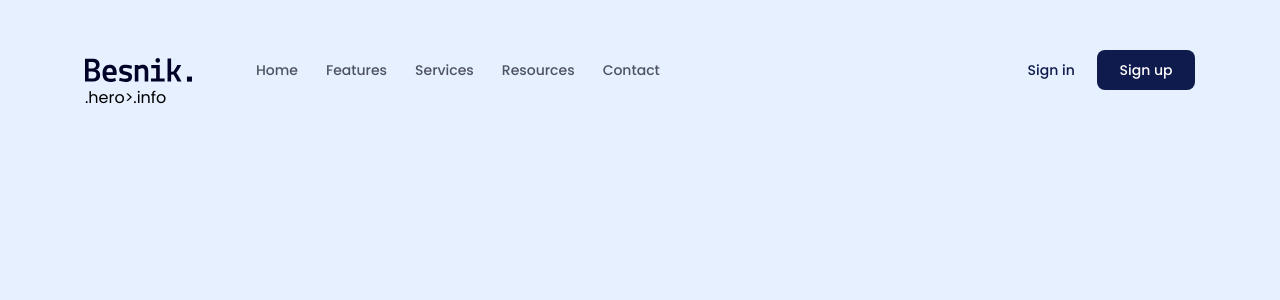
Repository: trungnguyen131/froject-01
Page: index.html
The author's editor kept a copy of each file at every save. The page is drawn from the files as they stood at one save, then again after a run of saves.
The browser window is 1280 px wide. The pictures show the whole page.

Above is the page before, as saved 2024-02-24 12:37:23.

### index.html
<!DOCTYPE html>
<html lang="en">
<head>
    <meta charset="UTF-8">
    <meta name="viewport" content="width=device-width, initial-scale=1.0">
    <title>Project 01</title>
    <link rel="stylesheet" href="./assets/css/reset.css">
    <link rel="stylesheet" href="./assets/fonts/stylesheet.css">
    <link rel="stylesheet" href="./assets/css/style.css">
</head>
<body>
    <main>
        <!-- Header -->
        <header class="header">
            <div class="content">
                <nav class="navbar">
                    <!-- Logo -->
                    <img src="./assets/img/logo.svg" alt="Besnik.">
                    <!-- Navigation -->
                    <ul>
                        <li><a href="#!">Home</a></li>
                        <li><a href="#!">Features</a></li>
                        <li><a href="#!">Services</a></li>
                        <li><a href="#!">Resources</a></li>
                        <li><a href="#!">Contact</a></li>
                    </ul>
                    <!-- Action -->
                    <div class="actions">
                        <a href="#!" class="action-link">Sign in</a>
                        <a href="#!" class="btn action-btn">Sign up</a>
                    </div>
                </nav>
                .hero>.info
            </div>
        </header>
    </main>
</body>
</html>

### assets/fonts/stylesheet.css
/* ========================= Poppins =========================  */
@font-face {
    font-family: 'Poppins';
    src: url('Poppins/Poppins-SemiBold.woff2') format('woff2'),
        url('Poppins/Poppins-SemiBold.woff') format('woff');
    font-weight: 600;
    font-style: normal;
    font-display: swap;
}

@font-face {
    font-family: 'Poppins';
    src: url('Poppins/Poppins-Regular.woff2') format('woff2'),
        url('Poppins/Poppins-Regular.woff') format('woff');
    font-weight: normal;
    font-style: normal;
    font-display: swap;
}

@font-face {
    font-family: 'Poppins';
    src: url('Poppins/Poppins-MediumItalic.woff2') format('woff2'),
        url('Poppins/Poppins-MediumItalic.woff') format('woff');
    font-weight: 500;
    font-style: italic;
    font-display: swap;
}

@font-face {
    font-family: 'Poppins';
    src: url('Poppins/Poppins-Thin.woff2') format('woff2'),
        url('Poppins/Poppins-Thin.woff') format('woff');
    font-weight: 100;
    font-style: normal;
    font-display: swap;
}

@font-face {
    font-family: 'Poppins';
    src: url('Poppins/Poppins-ThinItalic.woff2') format('woff2'),
        url('Poppins/Poppins-ThinItalic.woff') format('woff');
    font-weight: 100;
    font-style: italic;
    font-display: swap;
}

@font-face {
    font-family: 'Poppins';
    src: url('Poppins/Poppins-Black.woff2') format('woff2'),
        url('Poppins/Poppins-Black.woff') format('woff');
    font-weight: 900;
    font-style: normal;
    font-display: swap;
}

@font-face {
    font-family: 'Poppins';
    src: url('Poppins/Poppins-Bold.woff2') format('woff2'),
        url('Poppins/Poppins-Bold.woff') format('woff');
    font-weight: bold;
    font-style: normal;
    font-display: swap;
}

@font-face {
    font-family: 'Poppins';
    src: url('Poppins/Poppins-SemiBoldItalic.woff2') format('woff2'),
        url('Poppins/Poppins-SemiBoldItalic.woff') format('woff');
    font-weight: 600;
    font-style: italic;
    font-display: swap;
}

@font-face {
    font-family: 'Poppins';
    src: url('Poppins/Poppins-BlackItalic.woff2') format('woff2'),
        url('Poppins/Poppins-BlackItalic.woff') format('woff');
    font-weight: 900;
    font-style: italic;
    font-display: swap;
}

@font-face {
    font-family: 'Poppins';
    src: url('Poppins/Poppins-ExtraBoldItalic.woff2') format('woff2'),
        url('Poppins/Poppins-ExtraBoldItalic.woff') format('woff');
    font-weight: bold;
    font-style: italic;
    font-display: swap;
}

@font-face {
    font-family: 'Poppins';
    src: url('Poppins/Poppins-ExtraBold.woff2') format('woff2'),
        url('Poppins/Poppins-ExtraBold.woff') format('woff');
    font-weight: bold;
    font-style: normal;
    font-display: swap;
}

@font-face {
    font-family: 'Poppins';
    src: url('Poppins/Poppins-ExtraLightItalic.woff2') format('woff2'),
        url('Poppins/Poppins-ExtraLightItalic.woff') format('woff');
    font-weight: 200;
    font-style: italic;
    font-display: swap;
}

@font-face {
    font-family: 'Poppins';
    src: url('Poppins/Poppins-ExtraLight.woff2') format('woff2'),
        url('Poppins/Poppins-ExtraLight.woff') format('woff');
    font-weight: 200;
    font-style: normal;
    font-display: swap;
}

@font-face {
    font-family: 'Poppins';
    src: url('Poppins/Poppins-BoldItalic.woff2') format('woff2'),
        url('Poppins/Poppins-BoldItalic.woff') format('woff');
    font-weight: bold;
    font-style: italic;
    font-display: swap;
}

@font-face {
    font-family: 'Poppins';
    src: url('Poppins/Poppins-Italic.woff2') format('woff2'),
        url('Poppins/Poppins-Italic.woff') format('woff');
    font-weight: normal;
    font-style: italic;
    font-display: swap;
}

@font-face {
    font-family: 'Poppins';
    src: url('Poppins/Poppins-Medium.woff2') format('woff2'),
        url('Poppins/Poppins-Medium.woff') format('woff');
    font-weight: 500;
    font-style: normal;
    font-display: swap;
}

@font-face {
    font-family: 'Poppins';
    src: url('Poppins/Poppins-LightItalic.woff2') format('woff2'),
        url('Poppins/Poppins-LightItalic.woff') format('woff');
    font-weight: 300;
    font-style: italic;
    font-display: swap;
}

@font-face {
    font-family: 'Poppins';
    src: url('Poppins/Poppins-Light.woff2') format('woff2'),
        url('Poppins/Poppins-Light.woff') format('woff');
    font-weight: 300;
    font-style: normal;
    font-display: swap;
}

### assets/css/style.css
* {
    box-sizing: border-box;
}

:root {
    --primary-color: #0f1b4c;
}

html {
    font-size: 62.5%;;
}

body {
    font-size: 1.6rem;
    font-family: 'Poppins', sans-serif;
}

/* Common */
a {
    text-decoration: none;
}
.content {
    width: 1110px;
    max-width: calc(100% - 48px);
    margin-left: auto;
    margin-right:auto;
}
.btn {
    min-width: 98px;
    background-color: var(--primary-color);
    border-radius: 8px;
    color: #FFF;
    text-align: center;
    font-size: 1.4rem;
    font-weight: 500;
    display: inline-block;
    padding: 18px 16px;
}
/* Header */
.header {
    height: 100vh;
    background: #E6F0FF;
}

.navbar {
    display: flex;
    align-items: center;
    padding-top: 50px;
}

.navbar ul {
    display: flex;
    margin-left: 50px;
}

.navbar .actions {
    margin-left: auto;
}

.navbar ul a {
    font-size: 1.4rem;
    font-weight: 500;
    color: #4F5361;
    padding: 8px 14px;
}

.navbar .action-link {
    font-size: 1.4rem;
    font-weight: 500;
    color: var(--primary-color);
}

.navbar .action-btn {
    padding: 13px 16px;
    margin-left: 18px;
}

Loaded but not shown: assets/css/reset.css (common file)

After the next 3 saves:
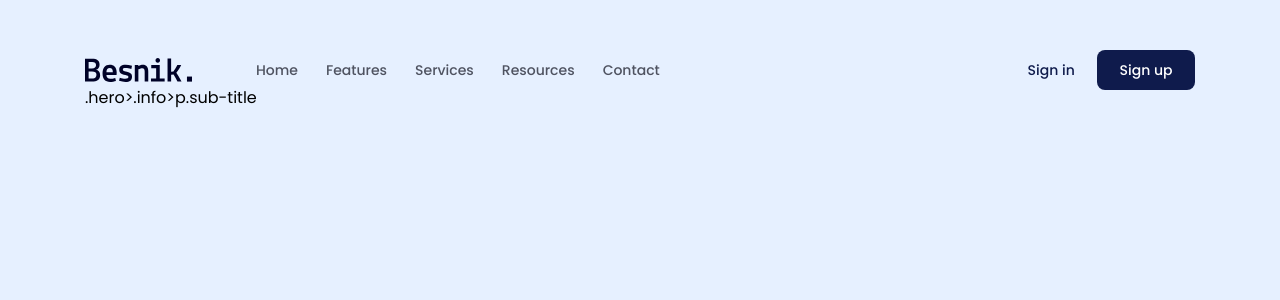
The 3 saves are shown as one change because they came seconds apart.
The last was saved 9 s later.
--- a/index.html
+++ b/index.html
@@ -30,7 +30,7 @@
                         <a href="#!" class="btn action-btn">Sign up</a>
                     </div>
                 </nav>
-                .hero>.info
+                .hero>.info>p.sub-title
             </div>
         </header>
     </main>
